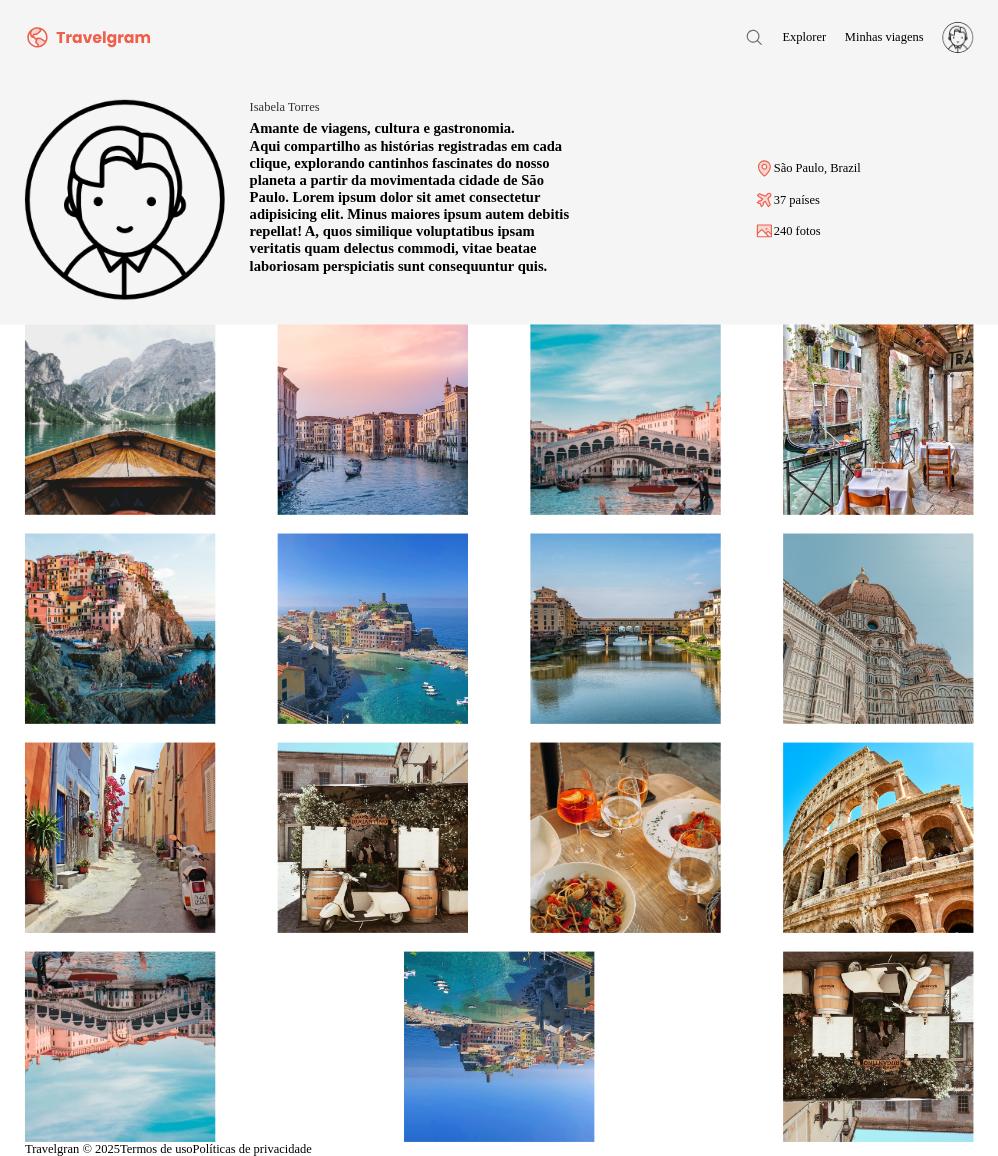
Repository: JeffRodFer/projeto-Travelgran-Rockeseat
Page: index.html
These files come from the project's save history. The page is drawn as it stood at one moment and after the next save; the edit follows.
The browser window is 1280 px wide. The pictures show the whole page, at 78% of full size.

Above is the page before, as saved 2025-03-22 23:05:37.

After the next save:
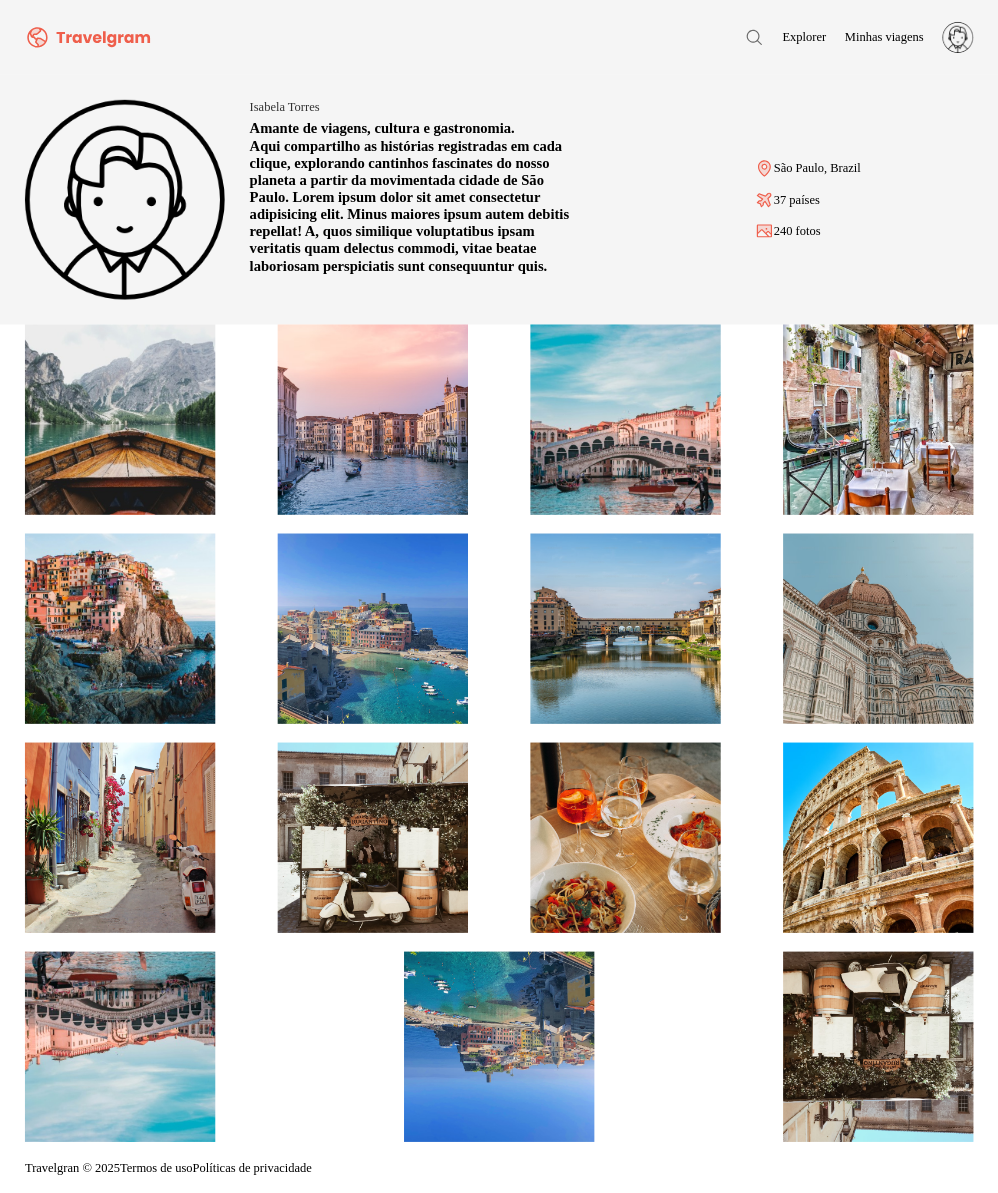
Saved 4 s later.
--- a/styles/footer.css
+++ b/styles/footer.css
@@ -1,7 +1,7 @@
 footer {
     display: flex;
 
-    padding-block: ;
+    padding-block: 24px;
 }
 
 footer span:nth-child(1){
